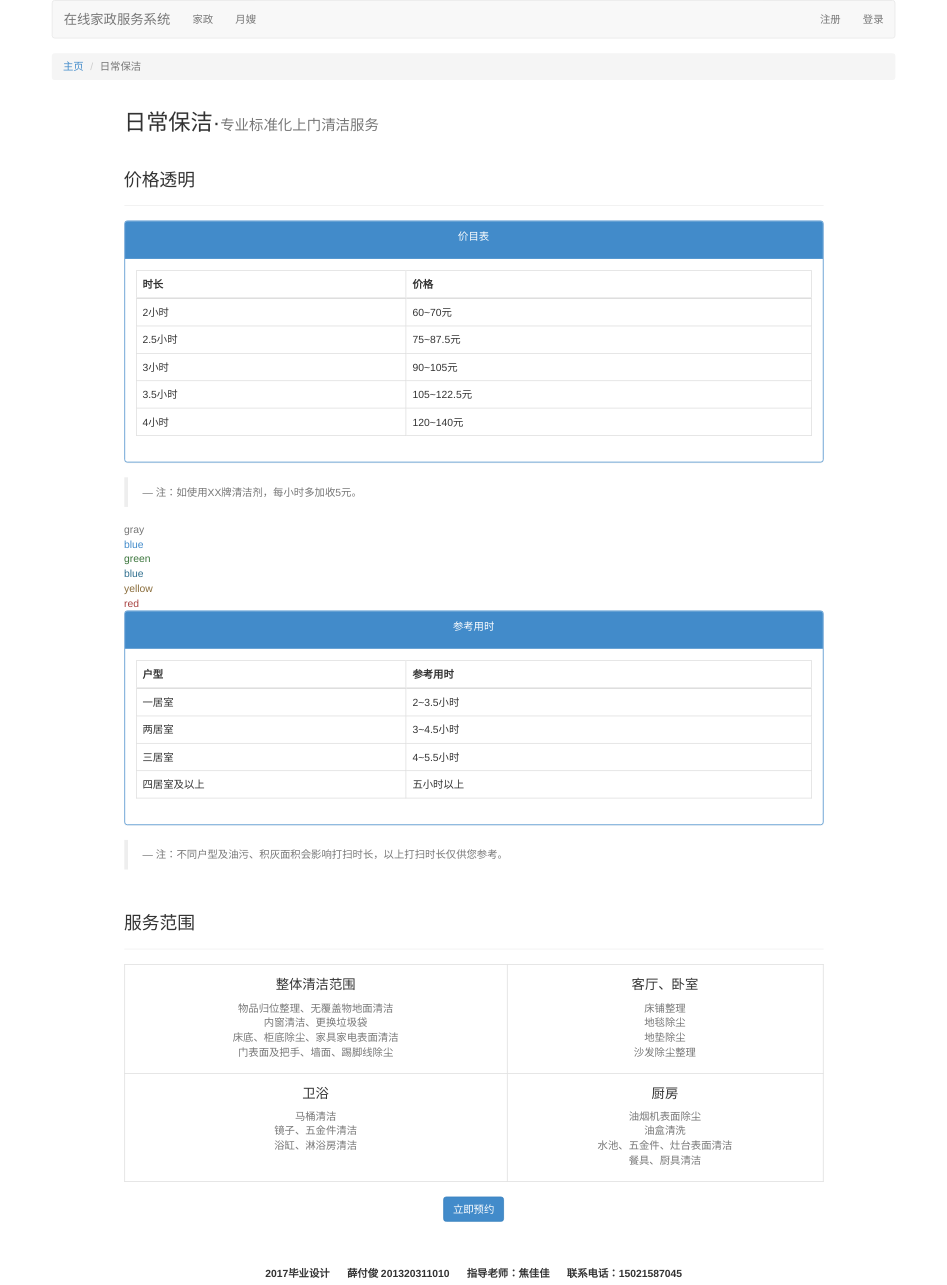
Repository: ELeonCXFJ/MyEclipseWS
Page: http://localhost/MyWeb/jsps/product/keeper/dailywork.jsp
An editor plug-in stored every save of this project. The page is shown before and after the next save, followed by the edit.
The browser window is 1280 px wide. The pictures show the whole page, at 74% of full size.
The page is served by Tomcat 9. Nobody is signed in. The application's start-up code is not run. Other server files are loaded and not shown.

Above is the page before, as saved 2017-03-22 10:37:34.

### MyWeb/WebRoot/jsps/product/keeper/dailywork.jsp
<%@ page trimDirectiveWhitespaces="true" language="java" import="java.util.*" pageEncoding="UTF-8"%>
<%@ taglib prefix="c" uri="http://java.sun.com/jsp/jstl/core" %>

<!DOCTYPE html>
<html>
<head>
   <meta charset="utf-8">
   <title>日常保洁</title>
   <script src="<c:url value='/vendor/jquery/jquery.min.js'/>"></script>
   <script src="<c:url value='/vendor/bootstrap/js/bootstrap.min.js'/>"></script>
   <link rel="stylesheet" href="<c:url value='/vendor/bootstrap/css/bootstrap.min.css'/>" />

</head>
<body>

<div class="container">
	<div class="row clearfix">
	<c:import url="/top.jsp" />
	<div class="col-lg-12 col-md-12 col-xs-12 col-sm-12">
		<ol class="breadcrumb">
		    <li><a href="<c:url value='/index.jsp'/>">主页</a></li>
		    <li class="active">日常保洁</li>
		</ol>
	</div>
		<div class="col-md-1"></div>
		<div class="col-lg-10 col-md-10 col-xs-10 col-sm-10">
			<h2>日常保洁·<small>专业标准化上门清洁服务</small></h2>
			<br/>
			<h3>价格透明</h3>
			<hr>
			<div class="panel panel-primary">
				<div class="panel-heading">
					<p align="center">价目表</p>
				</div>
				<div class="panel-body">
					<table class="table table-bordered table-hover">
						<thead>
							<tr>
								<th width="40%">时长</th>
								<th>价格</th>
							</tr>
						</thead>
						<tr>
							<td>2小时</td>
							<td>60~70元</td>
						</tr>
						<tr>
							<td>2.5小时</td>
							<td>75~87.5元</td>
						</tr>
						<tr>
							<td>3小时</td>
							<td>90~105元</td>
						</tr>
						<tr>
							<td>3.5小时</td>
							<td>105~122.5元</td>
						</tr>
						<tr>
							<td>4小时</td>
							<td>120~140元</td>
						</tr>
					</table>
				</div>
			</div>
		<blockquote><small>注：如使用XX牌清洁剂，每小时多加收5元。</small></blockquote>
			<div class="text-muted">gray</div>
			<div class="text-primary">blue</div>
			<div class="text-success">green</div>
			<div class="text-info">blue</div>
			<div class="text-warning">yellow</div>
			<div class="text-danger">red</div>
			<div class="panel panel-primary">
				<div class="panel-heading">
					<p align="center">参考用时</p>
				</div>
				<div class="panel-body">
					<table class="table table-bordered table-hover">
						<thead>
							<tr>
								<th width="40%">户型</th>
								<th>参考用时</th>
							</tr>
						</thead>
						<tr>
							<td>一居室</td>
							<td>2~3.5小时</td>
						</tr>
						<tr>
							<td>两居室</td>
							<td>3~4.5小时</td>
						</tr>
						<tr>
							<td>三居室</td>
							<td>4~5.5小时</td>
						</tr>
						<tr>
							<td>四居室及以上</td>
							<td>五小时以上</td>
						</tr>
					</table>
				</div>
			</div> <!-- 参考时长 -->
		<blockquote><small>注：不同户型及油污、积灰面积会影响打扫时长，以上打扫时长仅供您参考。</small></blockquote>
		</br>
		<h3>服务范围</h3>
		<hr>
		<table class="table table-bordered">
			<tr>
				<td align="center">
					<h4>整体清洁范围</h4>
					<p class="text-muted">
						物品归位整理、无覆盖物地面清洁</br>
						内窗清洁、更换垃圾袋</br>
						床底、柜底除尘、家具家电表面清洁</br>
						门表面及把手、墙面、踢脚线除尘</br>
						</p>
				</td>
				<td align="center">
					<h4>客厅、卧室</h4>
					<p class="text-muted">
						床铺整理</br>
						地毯除尘</br>
						地垫除尘</br>
						沙发除尘整理</br>
					</p>
				</td>
			</tr>
			<tr>
				<td align="center">
					<h4>卫浴</h4>
					<p class="text-muted">
						马桶清洁</br>
						 镜子、五金件清洁</br>
						 浴缸、淋浴房清洁</br>
					</p>
				</td>
				<td align="center">
					<h4>厨房</h4>
					<p class="text-muted">
						油烟机表面除尘</br>
						油盒清洗</br>
						水池、五金件、灶台表面清洁</br>
						餐具、厨具清洁</br>
					</p>
				</td>
			</tr>
		</table>
		<div align="center">
		<button type="button" class="btn btn-primary">立即预约</button>
		<input type="hidden" name="method" value="OrderServlet">
		</div>
	</div>
	</div>
</div>	<!-- container -->
	<c:import url="/bottom.jsp"></c:import>
</body>
</html>

### MyWeb/WebRoot/top.jsp
<%@ page language="java" import="java.util.*" pageEncoding="UTF-8"%>
<%@ taglib prefix="c" uri="http://java.sun.com/jsp/jstl/core" %>

<!DOCTYPE html>
<html>
<head>
   <meta charset="utf-8">
   <title>导航栏</title>
</head>
<body>

<div class="container" align="center">
	<div class="row clearfix">
		<div class="col-lg-12 col-md-12 col-xs-12 col-sm-12">
			<nav class="navbar navbar-default" role="navigation">
				<div class="navbar-header">
					 <button type="button" class="navbar-toggle" data-toggle="collapse" data-target="#bs-example-navbar-collapse-1"> <span class="sr-only">Toggle navigation</span><span class="icon-bar"></span><span class="icon-bar"></span><span class="icon-bar"></span></button> <a class="navbar-brand" href="<c:url value='/index.jsp'/>">在线家政服务系统</a>
				</div>
				<div class="collapse navbar-collapse" id="bs-example-navbar-collapse-1">
					<ul class="nav navbar-nav">
						<li >
							 <a href="#">家政</a>
						</li>
						<li>
							 <a href="#">月嫂</a>
						</li>
					</ul>
					<ul class="nav navbar-nav navbar-right">
					<c:choose>
						<c:when test="${empty sessionScope.sessionUser }">
							<li>
								 <a href="<c:url value='/jsps/user/register.jsp'/>">注册</a>
							</li>
							<li>
								<a href="<c:url value='/jsps/user/login.jsp' />">登录</a>
							</li>
						</c:when>

						<c:otherwise>
							<li>
								 <a href="<c:url value='/OrderServlet?method=getMyOrder'/>">我的订单</a>
							</li>
							<li>
								 <a href="<c:url value='/jsps/user/pwd.jsp'/>">修改密码</a>
							</li>
							<li>
								 <a href="#">购物车</a>
							</li>
							<li>
								<a href="<c:url value="/UserServlet?method=exit"/>">退出</a>
							</li>
						</c:otherwise>
					</c:choose>
					</ul>
				</div>
			</nav>
		</div>
	</div>
</div>
</body>

### MyWeb/WebRoot/bottom.jsp
<%@ page language="java" import="java.util.*" pageEncoding="UTF-8"%>
<%@ taglib prefix="c" uri="http://java.sun.com/jsp/jstl/core" %>

<!DOCTYPE html>
<html>
<head>
   <meta charset="utf-8">
   <title>页脚</title>
</head>
<body>

	<div align="center">
		<label for=“bottom"></br></br></br>2017毕业设计&nbsp;&nbsp;&nbsp;&nbsp;&nbsp;&nbsp;薛付俊 201320311010&nbsp;&nbsp;&nbsp;&nbsp;&nbsp;&nbsp;指导老师：焦佳佳&nbsp;&nbsp;&nbsp;&nbsp;&nbsp;&nbsp;联系电话：15021587045</label>
	</div>
	<div style="display:none;">
		<label for="hide">bootstrapvalidator引用自：https://github.com/nghuuphuoc/bootstrapvalidator</label>
	</div>
</body>

After the next save:
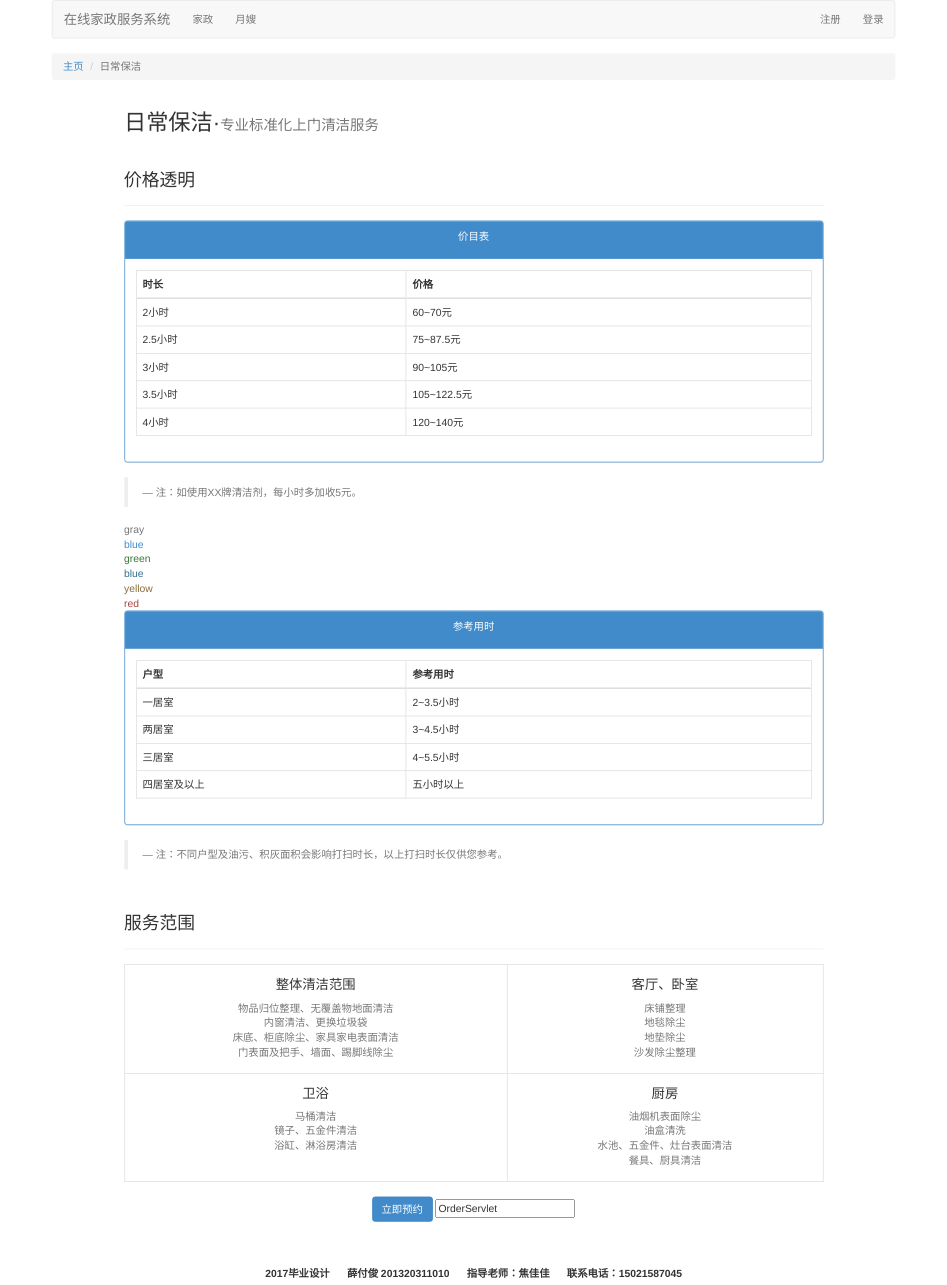
Saved 78 s later.
--- a/MyWeb/WebRoot/jsps/product/keeper/dailywork.jsp
+++ b/MyWeb/WebRoot/jsps/product/keeper/dailywork.jsp
@@ -148,7 +148,7 @@
 		</table>
 		<div align="center">
 		<button type="button" class="btn btn-primary">立即预约</button>
-		<input type="hidden" name="method" value="OrderServlet">
+		<input name="method" value="OrderServlet">
 		</div>
 	</div>
 	</div>

After the save that followed:
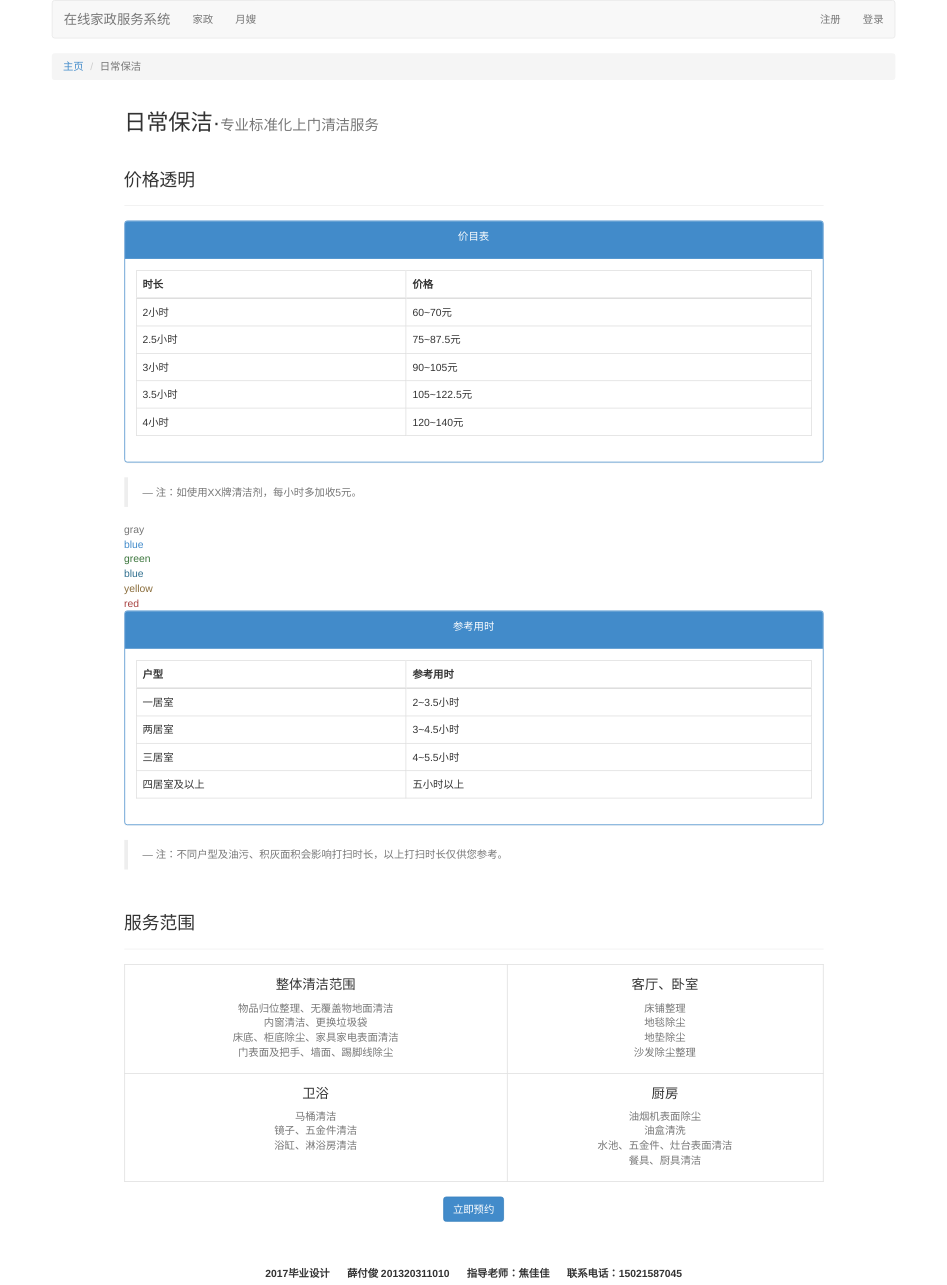
Saved 16 s later.
--- a/MyWeb/WebRoot/jsps/product/keeper/dailywork.jsp
+++ b/MyWeb/WebRoot/jsps/product/keeper/dailywork.jsp
@@ -148,7 +148,6 @@
 		</table>
 		<div align="center">
 		<button type="button" class="btn btn-primary">立即预约</button>
-		<input name="method" value="OrderServlet">
 		</div>
 	</div>
 	</div>
